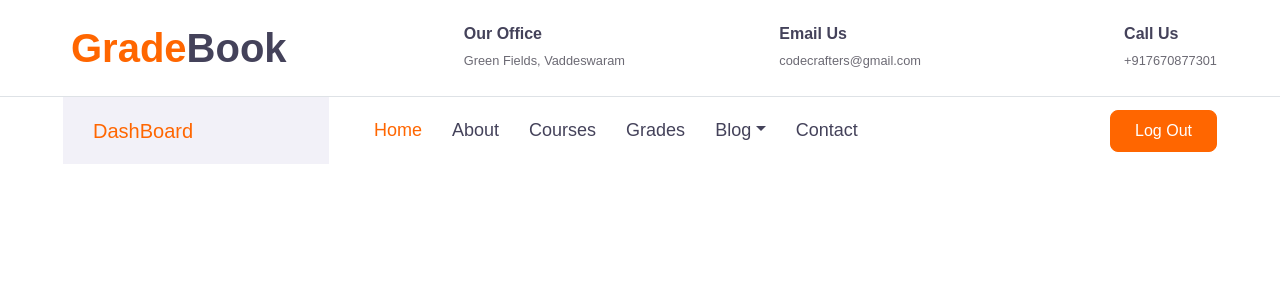
Repository: AlthafBasha-syed/JFSD-PROJECT
Page: http://localhost/GradeBook/jspfiles/topl.jsp
The author's editor kept a copy of each file at every save. The page is drawn from the files as they stood at one save, then again after the next save.
The browser window is 1280 px wide. The pictures show the whole page.
The page is served by Tomcat 10. Other server files are loaded and not shown.

Above is the page before, as saved 2023-10-11 09:01:57.

### PROJECTWORKSPACE/GradeBook/src/main/webapp/jspfiles/topl.jsp
<%@ page language="java" contentType="text/html; charset=UTF-8"
    pageEncoding="UTF-8"%>
<!DOCTYPE html>
<html>
<head>
<meta charset="UTF-8">
<title>Insert title here</title>
</head>
<body>
<link rel="stylesheet" type="text/css" href="/cssfiles/style.css">
    <!-- Topbar Start -->
    <div class="container-fluid d-none d-lg-block">
        <div class="row align-items-center py-4 px-xl-5">
            <div class="col-lg-3">
                <a href="" class="text-decoration-none">
                    <h1 class="m-0"><span class="text-primary"> <i class="fa fa-book-open mr-2" ></i>Grade</span>Book</h1>
                </a>
            </div>
            <div class="col-lg-3 text-right">
                <div class="d-inline-flex align-items-center">
                    <i class="fa fa-2x fa-map-marker-alt text-primary mr-3"></i>
                    <div class="text-left">
                        <h6 class="font-weight-semi-bold mb-1">Our Office</h6>
                        <small>Green Fields, Vaddeswaram</small>
                    </div>
                </div>
            </div>
            <div class="col-lg-3 text-right">
                <div class="d-inline-flex align-items-center">
                    <i class="fa fa-2x fa-envelope text-primary mr-3"></i>
                    <div class="text-left">
                        <h6 class="font-weight-semi-bold mb-1">Email Us</h6>
                        <small>codecrafters@gmail.com</small>
                    </div>
                </div>
            </div>
            <div class="col-lg-3 text-right">
                <div class="d-inline-flex align-items-center">
                    <i class="fa fa-2x fa-phone text-primary mr-3"></i>
                    <div class="text-left">
                        <h6 class="font-weight-semi-bold mb-1">Call Us</h6>
                        <small>+917670877301</small>
                    </div>
                </div>
            </div>
        </div>
    </div>
    <!-- Topbar End -->



    <!-- Navbar Start -->
    <div class="container-fluid">
        <div class="row border-top px-xl-5">
            <div class="col-lg-3 d-none d-lg-block">
                <a class="d-flex align-items-center justify-content-between bg-secondary w-100 text-decoration-none" data-toggle="collapse" href="#navbar-vertical" style="height: 67px; padding: 0 30px;">
                    <h5 class="text-primary m-0">DashBoard</h5>
                    <i class="fa fa-angle-down text-primary"></i>
                </a>
                <nav class="collapse position-absolute navbar navbar-vertical navbar-light align-items-start p-0 border border-top-0 border-bottom-0 bg-light" id="navbar-vertical" style="width: calc(100% - 30px); z-index: 9;">
                    <div class="navbar-nav w-100">
                        <div class="nav-item dropdown">
                            <a href="profile.html" class="nav-item nav-link">My Profile</a>

                        </div>
                        <a href="" class="nav-item nav-link">My CGPA</a>
                        <a href="" class="nav-item nav-link">Marketing</a>
                        <a href="" class="nav-item nav-link">Research</a>
                        <a href="changepassword.html" class="nav-item nav-link">Settings</a>
                    </div>
                </nav>
            </div>
            <div class="col-lg-9">
                <nav class="navbar navbar-expand-lg bg-light navbar-light py-3 py-lg-0 px-0">
                    <a href="" class="text-decoration-none d-block d-lg-none">
                        <h1 class="m-0"><span class="text-primary">E</span>COURSES</h1>
                    </a>
                    <button type="button" class="navbar-toggler" data-toggle="collapse" data-target="#navbarCollapse">
                        <span class="navbar-toggler-icon"></span>
                    </button>
                    <div class="collapse navbar-collapse justify-content-between" id="navbarCollapse">
                        <div class="navbar-nav py-0">
                            <a href="index.html" class="nav-item nav-link active">Home</a>
                            <a href="about.html" class="nav-item nav-link">About</a>
                            <a href="course.html" class="nav-item nav-link">Courses</a>
                            <a href="GradeBook.html" class="nav-item nav-link">Grades</a>
                            <div class="nav-item dropdown">
                                <a href="#" class="nav-link dropdown-toggle" data-toggle="dropdown">Blog</a>
                                <div class="dropdown-menu rounded-0 m-0">
                                    <a href="blog.html" class="dropdown-item">Blog List</a>
                                    <a href="single.html" class="dropdown-item">Blog Detail</a>
                                </div>
                            </div>
                            <a href="contact.html" class="nav-item nav-link">Contact</a>
                        </div>
                        <a class="btn btn-primary py-2 px-4 ml-auto d-none d-lg-block" href="login.html">Log Out</a>
                    </div>
                </nav>
            </div>
        </div>
    </div>
    <!-- Navbar End -->
</body>
</html>

Loaded but not shown: PROJECTWORKSPACE/GradeBook/src/main/webapp/cssfiles/style.css (library)

After the next save:
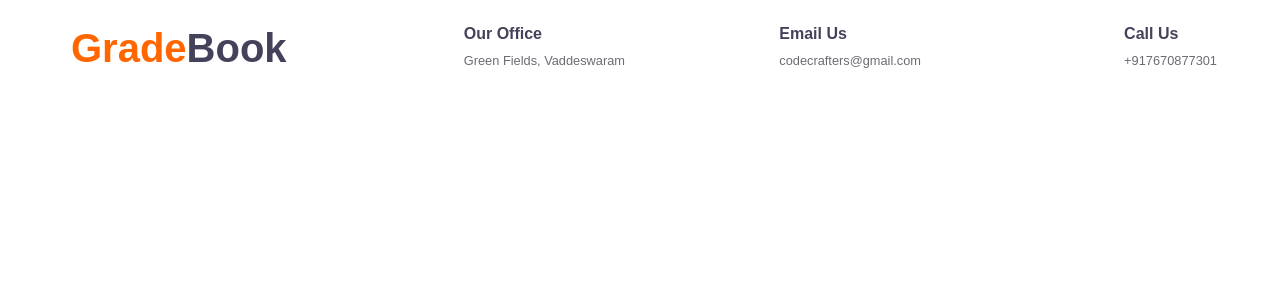
Saved 40 s later.
--- a/PROJECTWORKSPACE/GradeBook/src/main/webapp/jspfiles/topl.jsp
+++ b/PROJECTWORKSPACE/GradeBook/src/main/webapp/jspfiles/topl.jsp
@@ -49,56 +49,6 @@
 
 
 
-    <!-- Navbar Start -->
-    <div class="container-fluid">
-        <div class="row border-top px-xl-5">
-            <div class="col-lg-3 d-none d-lg-block">
-                <a class="d-flex align-items-center justify-content-between bg-secondary w-100 text-decoration-none" data-toggle="collapse" href="#navbar-vertical" style="height: 67px; padding: 0 30px;">
-                    <h5 class="text-primary m-0">DashBoard</h5>
-                    <i class="fa fa-angle-down text-primary"></i>
-                </a>
-                <nav class="collapse position-absolute navbar navbar-vertical navbar-light align-items-start p-0 border border-top-0 border-bottom-0 bg-light" id="navbar-vertical" style="width: calc(100% - 30px); z-index: 9;">
-                    <div class="navbar-nav w-100">
-                        <div class="nav-item dropdown">
-                            <a href="profile.html" class="nav-item nav-link">My Profile</a>
 
-                        </div>
-                        <a href="" class="nav-item nav-link">My CGPA</a>
-                        <a href="" class="nav-item nav-link">Marketing</a>
-                        <a href="" class="nav-item nav-link">Research</a>
-                        <a href="changepassword.html" class="nav-item nav-link">Settings</a>
-                    </div>
-                </nav>
-            </div>
-            <div class="col-lg-9">
-                <nav class="navbar navbar-expand-lg bg-light navbar-light py-3 py-lg-0 px-0">
-                    <a href="" class="text-decoration-none d-block d-lg-none">
-                        <h1 class="m-0"><span class="text-primary">E</span>COURSES</h1>
-                    </a>
-                    <button type="button" class="navbar-toggler" data-toggle="collapse" data-target="#navbarCollapse">
-                        <span class="navbar-toggler-icon"></span>
-                    </button>
-                    <div class="collapse navbar-collapse justify-content-between" id="navbarCollapse">
-                        <div class="navbar-nav py-0">
-                            <a href="index.html" class="nav-item nav-link active">Home</a>
-                            <a href="about.html" class="nav-item nav-link">About</a>
-                            <a href="course.html" class="nav-item nav-link">Courses</a>
-                            <a href="GradeBook.html" class="nav-item nav-link">Grades</a>
-                            <div class="nav-item dropdown">
-                                <a href="#" class="nav-link dropdown-toggle" data-toggle="dropdown">Blog</a>
-                                <div class="dropdown-menu rounded-0 m-0">
-                                    <a href="blog.html" class="dropdown-item">Blog List</a>
-                                    <a href="single.html" class="dropdown-item">Blog Detail</a>
-                                </div>
-                            </div>
-                            <a href="contact.html" class="nav-item nav-link">Contact</a>
-                        </div>
-                        <a class="btn btn-primary py-2 px-4 ml-auto d-none d-lg-block" href="login.html">Log Out</a>
-                    </div>
-                </nav>
-            </div>
-        </div>
-    </div>
-    <!-- Navbar End -->
 </body>
 </html>
